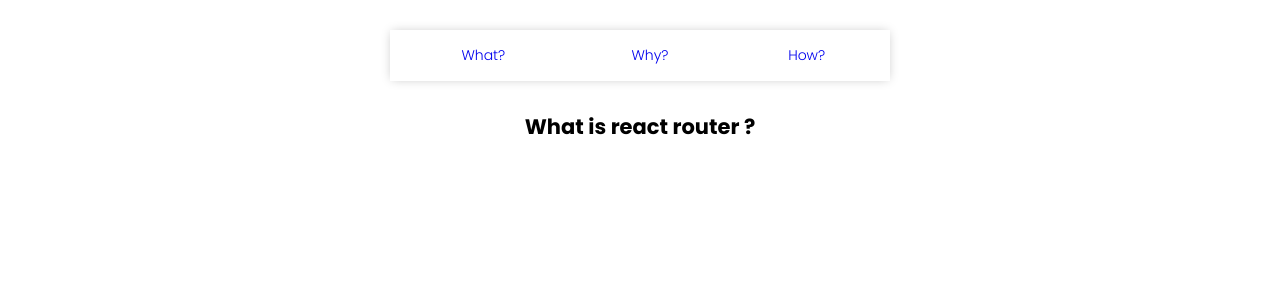
Repository: nguy3nds/2021-18-9-react
Page: /How
An editor plug-in stored every save of this project. The page is shown before and after the next save, followed by the edit.
The browser window is 1280 px wide. The pictures show the whole page.
The project was rebuilt for these pictures with package versions that can differ from the ones it lists, and the page was loaded fresh each time. Also part of the build but not shown: src/components/How.js, src/components/Why.js.

Above is the page before, as saved 2021-09-18 23:58:37.

### src/App.js
import React from "react";
import { BrowserRouter as Router, Switch, Route, Link } from "react-router-dom";
import "./App.css";
import What from "./components/What.js";
import How from "./components/How";
import Why from "./components/Why";

export default function App() {
  return (
    <Router>
      <div>
        <nav>
          <ul className="menu">
            <li class="menu-item has-child">
              <Link to="/">What?</Link>
            </li>
            <li className="menu-item has-child">
              <Link to="/about">Why?</Link>
            </li>
            <li className="menu-item has-child">
              <Link to="/users">How?</Link>
            </li>
          </ul>
        </nav>

        {/* A <Switch> looks through its children <Route>s and
            renders the first one that matches the current URL. */}
        <Switch>
          <Route path="/about">
            <How />
          </Route>
          <Route path="/users">
            <Why />
          </Route>
          <Route path="/">
            <What />
          </Route>
        </Switch>
      </div>
    </Router>
  );
}

### src/App.css
@import url("https://fonts.googleapis.com/css2?family=Poppins:wght@300;400;600;700&display=swap");
:root {
  --primary: #08aeea;
  --secondary: #13d2b8;
  --purple: #bd93f9;
  --pink: #ff6bcb;
  --blue: #8be9fd;
  --gray: #333;
  --font: "Poppins", sans-serif;
  --gradient: linear-gradient(40deg, #ff6ec4, #7873f5);
  --shadow: 0 0 15px 0 rgba(0, 0, 0, 0.05);
}
*,
*:before,
*:after {
  box-sizing: border-box;
}
html {
  font-size: 62.5%;
  text-align: center;
}

body {
  font-family: var(--font);
  font-size: 1.4rem;
  overflow-x: hidden;
  font-weight: 300;
}

img {
  display: block;
  max-width: 100%;
}

a {
  text-decoration: none;
}

input,
button,
textarea,
select {
  font-family: var(--font);
  font-size: 1.4rem;
  font-weight: 300;
  outline: none;
  border: 0;
  margin: 0;
  padding: 0;
  border-radius: 0;
  -webkit-appearance: none;
}

button {
  cursor: pointer;
}

.menu {
  position: relative;
  max-width: 500px;
  margin: 30px auto;
  display: grid;
  grid-template-columns: 1fr 1fr 1fr;
  justify-content: center;
  background-color: white;
  padding: 1.5rem;
  box-shadow: 0 0 10px -2px rgba(0, 0, 0, 0.25);
}

.menu-link {
  font-size: 1.4rem;
  color: #918eae;
  display: block;
}
.menu-link:hover {
  color: #202842;
}

.menu-child-link {
  display: flex;
  align-items: center;
  justify-content: space-between;
  padding: 1.5rem;
  color: #918eae;
}
.menu-child-item {
  position: relative;
}
.menu-child-link:hover {
  color: #202842;
}

.menu-toggle {
  display: none;
}
.nav {
  position: relative;
}
.arrow-right {
  display: none;
}
@media screen and (min-width: 1024px) {
  .arrow-down {
    display: none;
  }
  .arrow-right {
    display: block;
  }
  .menu-item:not(:first-child) {
    margin-left: 2rem;
  }
  .menu-child {
    position: absolute;
    top: 100%;
    left: 0;
    margin-top: 1rem;
    min-width: 20rem;
    background-color: white;
    box-shadow: var(--shadow);
    display: none;
  }
  .menu-child:before {
    content: "";
    position: absolute;
    top: 0;
    left: 0;
    width: 100%;
    height: 1rem;
    background-color: transparent;
    transform: translateY(-100%);
  }
  .menu-child1 {
    top: 0;
    left: 100%;
    margin-top: 0;
  }
  .menu-item.has-child:hover > .menu-child {
    display: block;
  }
  .menu-child-item.has-child:hover > .menu-child {
    display: block;
  }
}

ul li {
  list-style: none;
}
@media screen and (max-width: 1023px) {
  .menu {
    position: absolute;
    right: 0;
    top: 100%;
    min-width: 20rem;
    background-color: white;
    box-shadow: var(--shadow);
    flex-direction: column;
    display: none;
    z-index: 100;
  }
  .menu.show,
  .menu-child.show {
    display: block;
  }
  .menu-item:not(:last-child) {
    border-bottom: 1px solid #eee;
  }
  .menu-link {
    padding: 1.5rem;
    display: flex;
    justify-content: space-between;
    align-items: center;
  }
  .menu-child {
    display: none;
    background-color: #f6f6f6;
  }
  .menu-child1 {
    background-color: #eee;
  }
  .menu-toggle {
    width: max-content;
    font-size: 2rem;
    display: block;
    margin-left: auto;
    cursor: pointer;
  }
}

### src/components/What.js
import React from "react";

export default function What() {
  return (
    <div>
      <h2>What is react router ?</h2>
    </div>
  );
}

Loaded but not shown: public/index.html (common file); src/index.js (common file); src/index.css (common file); src/reportWebVitals.js (common file)

After the next save:
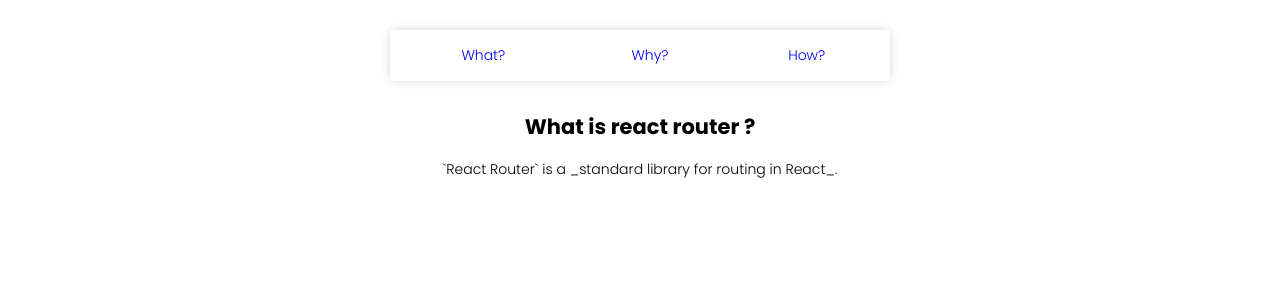
Saved 16 s later.
--- a/src/components/What.js
+++ b/src/components/What.js
@@ -4,6 +4,7 @@ export default function What() {
   return (
     <div>
       <h2>What is react router ?</h2>
+      <p>`React Router` is a _standard library for routing in React_.</p>
     </div>
   );
 }
